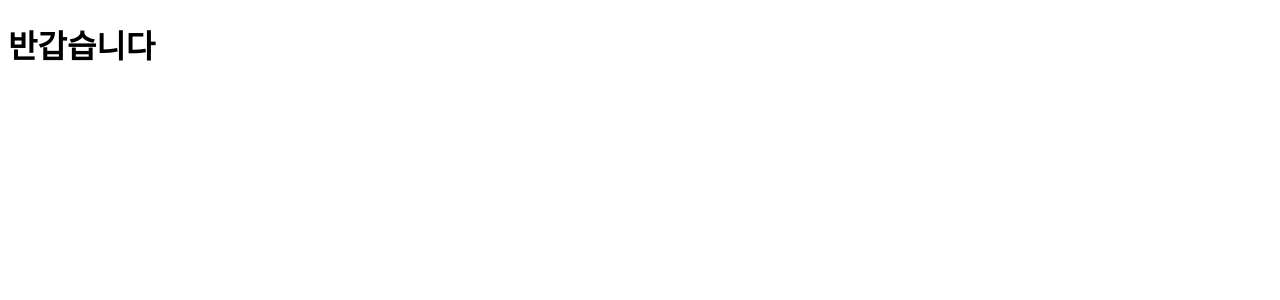
Repository: hj-Seong/Green-Tomcat
Page: Welcome/src/main/webapp/index.html
An editor plug-in stored every save of this project. The page is shown before and after the next save, followed by the edit.
The browser window is 1280 px wide. The pictures show the whole page.

Above is the page before, as saved 2022-11-18 08:08:08.

After the next save:
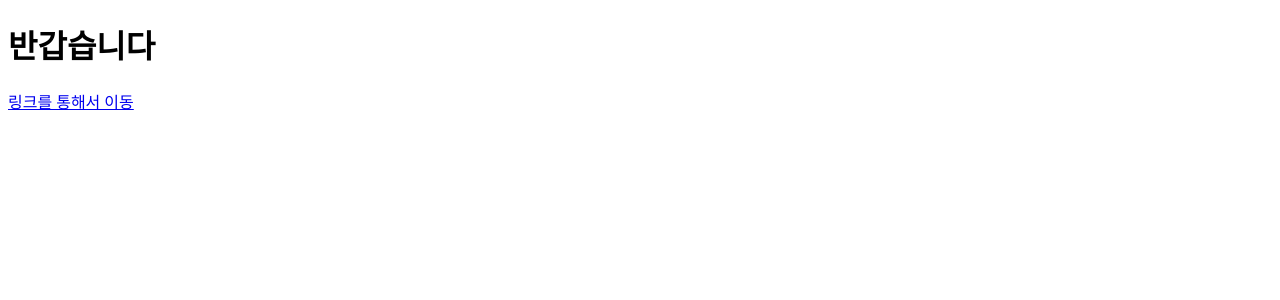
Saved 12 s later.
--- a/Welcome/src/main/webapp/index.html
+++ b/Welcome/src/main/webapp/index.html
@@ -6,6 +6,6 @@
 </head>
 <body>
 	<h1>반갑습니다</h1>
-	<a href="./link.html"></a>
+	<a href="./link.html"> 링크를 통해서 이동</a>
 </body>
 </html>
